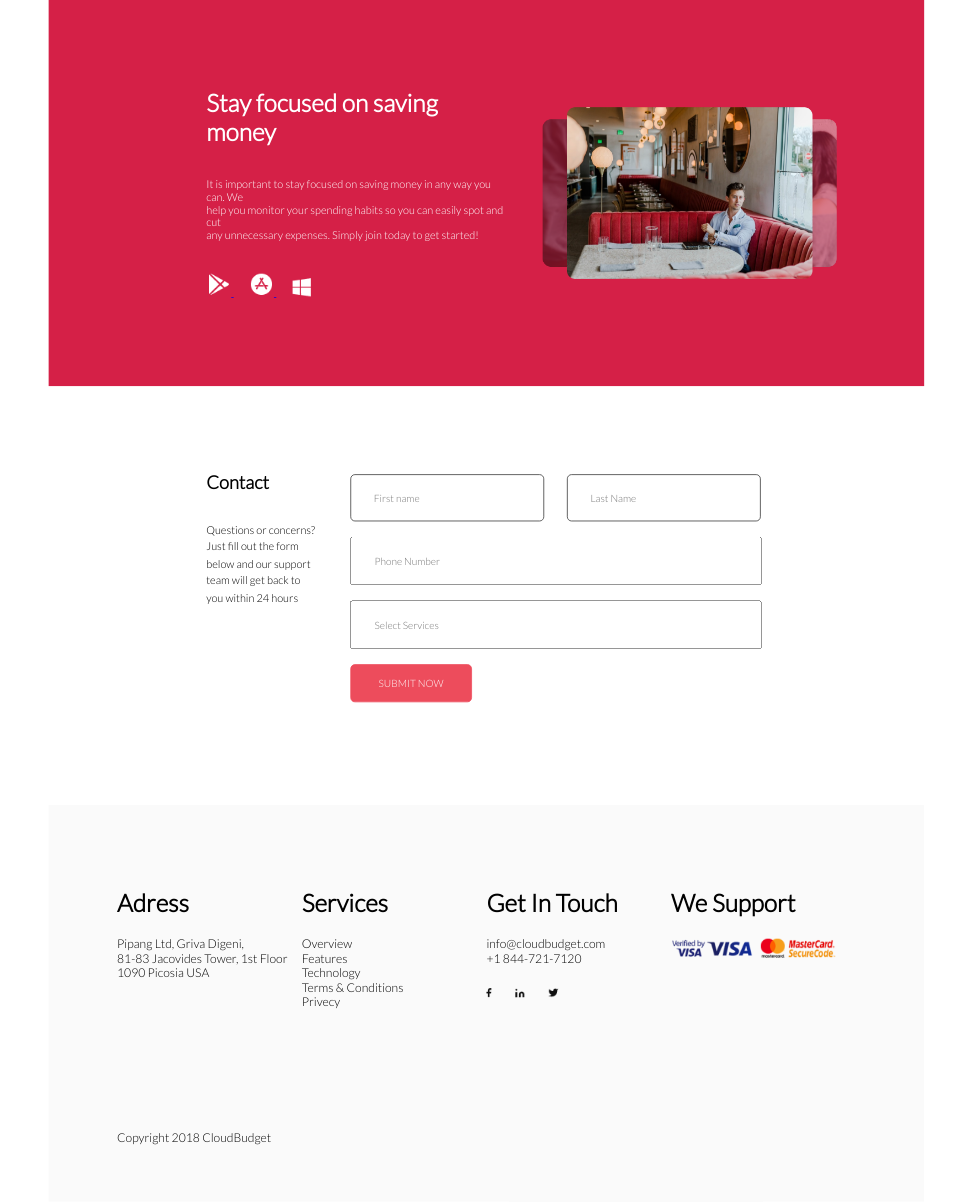
Repository: batonAnton/Cursor_lecture4
Page: index.html
The author's editor kept a copy of each file at every save. The page is drawn from the files as they stood at one save, then again after the next save.
The browser window is 1280 px wide. The pictures show the whole page, at 76% of full size.

Above is the page before, as saved 2022-06-09 16:11:08.

### index.html
<!DOCTYPE html>
<html lang="en">
<head>
    <meta charset="UTF-8">
    <meta http-equiv="X-UA-Compatible" content="IE=edge">
    <meta name="viewport" content="width=device-width, initial-scale=1.0">
    <title>CloudBudget Freebie</title>
    <link rel="preconnect" href="https://fonts.googleapis.com">
    <link rel="preconnect" href="https://fonts.gstatic.com" crossorigin>
    <link href="https://fonts.googleapis.com/css2?family=Lato:wght@300&display=swap" rel="stylesheet">
    <link rel="stylesheet" href="css/style.css">
</head>
<body>
    <div class="full-page">
    <header>
        <div class="info-box">
            <h1>Stay focused on saving <br> money</h1>
            <p>It is important to stay focused on saving money in any way you can. We <br> help you monitor your spending habits so you can easily spot and cut <br> any unnecessary expenses. Simply join today to get started!</p>

            <div class="link_source">
                <a href="https://play.google.com/store/games?hl=uk&gl=US">
                    <img src="/image/icon/google_play.png" alt="icon-google">
                </a>
                <a href="https://www.apple.com/ua/app-store/">
                    <img src="/image/icon/apstore.png" alt="icon-apstore">
                </a>
                <a href="https://www.microsoft.com/uk-ua/software-download/windows10">
                    <img src="/image/icon/windows.png" alt="icon-windows">
                </a>
            </div>
        </div>

        <div class="big_img"></div>
    </header>

    <section>
        <div class="info-box">
            <h1>Contact</h1>
            <p>Questions or concerns? Just fill out the form below and our support <br> team will get back to you within 24 hours</p>
        </div>

        <div class="input-fields">
            <form>
                <div>
                    <input type="text" id="fname" placeholder="First name" name="fname">
                    <input type="text" id="lname" placeholder="Last Name" name="lname">
                </div>

                <input type="number" name="" id="number" placeholder="Phone Number">
                <input list="browsers" id="dropdown" placeholder="Select Services" name="service"> <br>
                <datalist id="browsers">
                    <option value="Service1">
                    <option value="Service2">
                    <option value="Service3">
                    <option value="Service4">
                    <option value="Service5">
                </datalist>
                <button>submit now</button>
              </form>
        </div>
    </section>

    <footer>
        <div class="all-block">
            <div class="adress-block">
                <h1>adress</h1>
                <p>
                    Pipang Ltd, Griva Digeni,<br>
                    81-83 Jacovides Tower, 1st Floor <br>
                    1090 Picosia USA
                </p>
            </div>

            <div class="services">
                <h1>services</h1>
                <a href="">overview</a>
                <a href="">features</a>
                <a href="">technology</a>
                <a href="">terms & conditions</a>
                <a href="">privecy</a>
            </div>

            <div class="link-social">
                <h1>Get in Touch</h1>
                <a href="">info@cloudbudget.com</a>
                <a href="">+1 844-721-7120</a>

                <div>
                    <a href="">
                        <img src="/image/footer/facebook.png" alt="facebook-link">
                    </a>

                    <a href="">
                        <img src="/image/footer/feather-linkedin.png" alt="linkdn">
                    </a>

                    <a href="">
                        <img src="/image/footer/tweeter.png" alt="tweeter-img">
                    </a>
                </div>
            </div>

            <div class="paymants">
                <h1>We Support</h1>
                <img src="/image/footer/secure-p-1 1.png" alt="img pay">
            </div>
        </div>
        <p class="copyright">Copyright 2018 CloudBudget</p>
    </footer>
    </div>
</body>
</html>

### css/style.css
* {
  font-family: "Lato", sans-serif;
  font-weight: 400;
  margin: 0px;
  padding: 0px;
  box-sizing: border-box;
}

.full-page{
  padding:0 5% 0 5%;
}
h1 {
  font-weight: 600;
}

header {
  width: 100%;
  height: 20%;
  padding: 10%;
  color: #ffffff;
  display: inline-flex;
  background-color: #d52047;
}

.info-box {
  width: 80%;
  margin-left: 10%;
}

.info-box p {
  width: 90%;
  margin: 40px 0;
  font-size: 0.9rem;
}

.link_source a {
  margin-left: -19px;
  padding: 0 20px;
}

.big_img {
  background-image: url("/image/Photo.png");
  width: 70%;
  background-repeat: no-repeat;
  background-position: center;
  background-size: contain;
}

/* Section */
section {
  color: #000000;
  display: inline-flex;
  padding: 10%;
  width: 100%;
}

section .info-box {
  width: 80%;
  color: #000000;
  line-height: 140%;
}

section .info-box h1 {
  font-weight: 600;
}

#fname,
#lname {
  width: 255px;
  height: 60px;
  border: 1px solid #333333;
  border-radius: 6px;
}

.input-fields input {
  width: 95%;
  height: 60px;
  padding: 30px;
}

form div {
  display: inline-flex;
}
form input,
button {
  margin-left: 30px;
  margin-bottom: 20px;
  /* margin: 0px 0px 30px 10px; */
}

.input-fields {
  margin-right: 100px;
}

button {
  background-color: #ed4c5c;
  color: #ffffff;
  width: 160px;
  height: 50px;
  border: 1.5px solid #ed4c5c;
  border-radius: 6px;
  text-transform: uppercase;
}

footer {
  background-color: #fafafa;
  margin: 0px auto 0px auto;
}

.all-block {
  display: inline-flex;
  padding: 85px 90px 75px 90px;
  margin: 0 auto;
  width: 100%;
}

.all-block div {
  width: 30%;
  /* padding: 0 15% 0 15%; */
}

footer h1 {
  font-style: normal;
  font-weight: 700;
  line-height: 22px;
  text-transform: capitalize;
  margin-bottom: 33px;
  margin-top: 33px;
}

.services a,
.link-social a {
  display: grid;
  text-decoration: none;
  color: #000000;
}

.services a {
  text-transform: capitalize;
}

.link-social div {
  display: inline-flex;
}

.link-social div a {
  margin: 30px 30px 0px 0px;
}

.copyright{
  padding: 85px 90px 75px 90px;
}

After the next save:
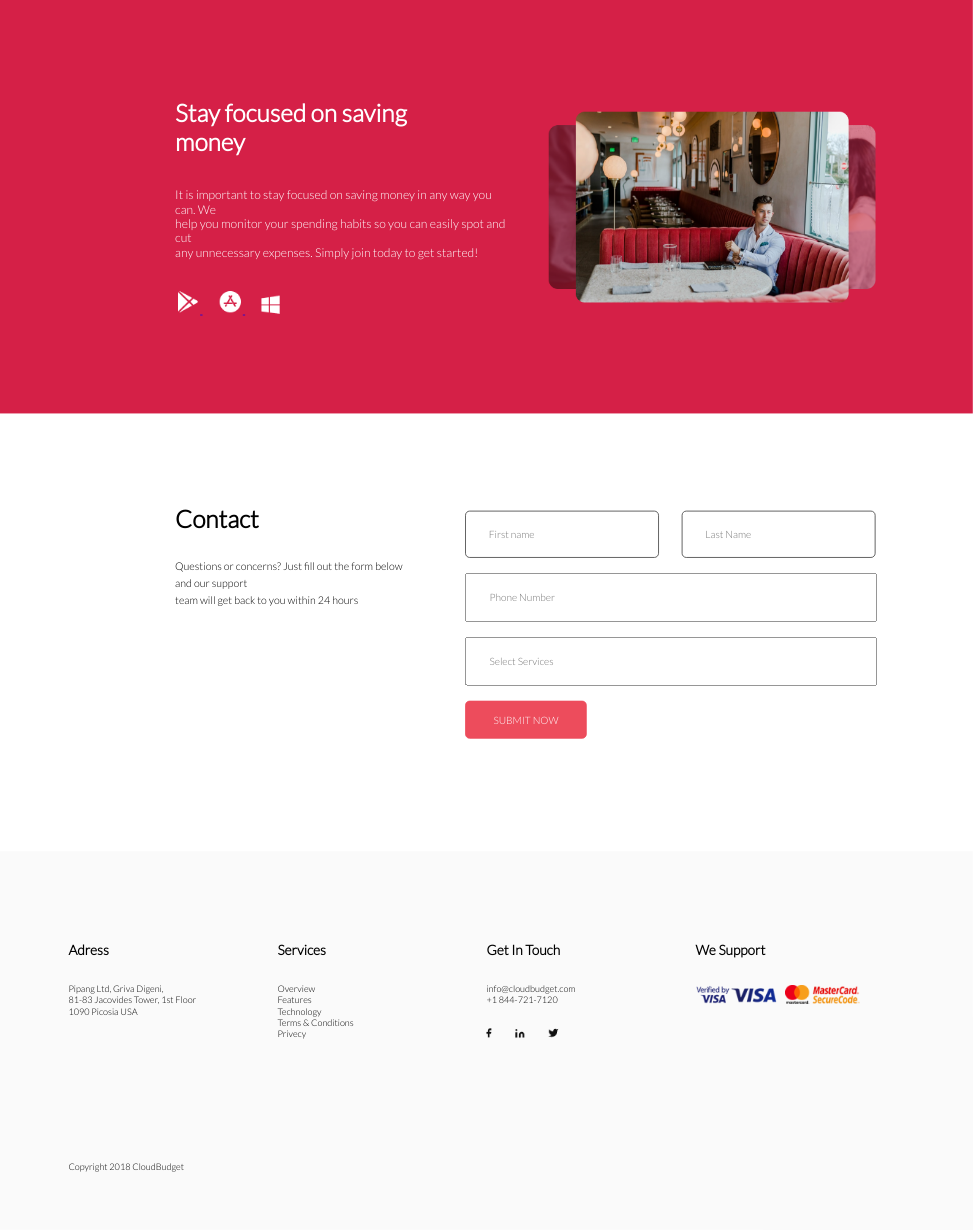
Saved 11 min 15 s later.
--- a/css/style.css
+++ b/css/style.css
@@ -7,7 +7,7 @@
 }
 
 .full-page{
-  padding:0 5% 0 5%;
+  /* padding:0 5% 0 5%; */
 }
 h1 {
   font-weight: 600;
@@ -27,10 +27,14 @@ header {
   margin-left: 10%;
 }
 
+.info-box h1{
+  font-size: 2rem;
+}
+
 .info-box p {
   width: 90%;
   margin: 40px 0;
-  font-size: 0.9rem;
+  font-size 14px;
 }
 
 .link_source a {
@@ -62,6 +66,11 @@ section .info-box {
 
 section .info-box h1 {
   font-weight: 600;
+  font-size: 2rem;
+}
+
+section .info-box p{
+  font-size: 14px;
 }
 
 #fname,
@@ -89,7 +98,7 @@ button {
 }
 
 .input-fields {
-  margin-right: 100px;
+  /* margin-right: 100px; */
 }
 
 button {
@@ -105,6 +114,7 @@ button {
 footer {
   background-color: #fafafa;
   margin: 0px auto 0px auto;
+  font-size: 12px;
 }
 
 .all-block {
@@ -126,6 +136,7 @@ footer h1 {
   text-transform: capitalize;
   margin-bottom: 33px;
   margin-top: 33px;
+  font-size: 18px;
 }
 
 .services a,
